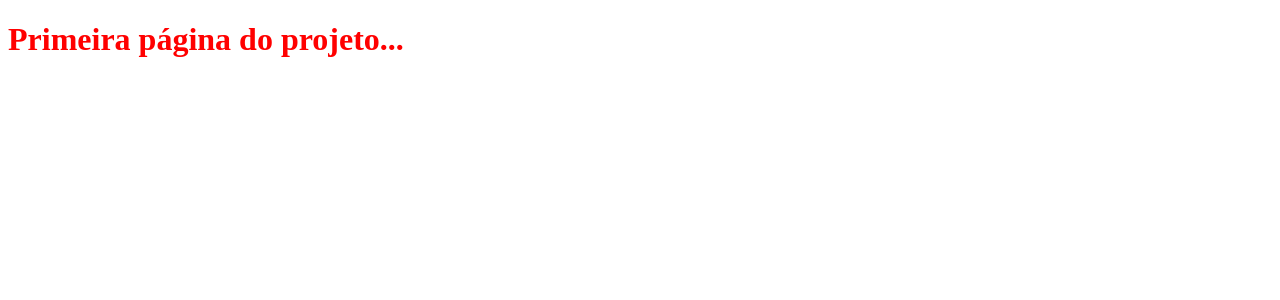
Repository: rewthnunes/projetoAgenda
Page: fj21-agenda/WebContent/index.html
The author's editor kept a copy of each file at every save. The page is drawn from the files as they stood at one save, then again after the next save.
The browser window is 1280 px wide. The pictures show the whole page.

Above is the page before, as saved 2018-02-14 11:52:41.

### fj21-agenda/WebContent/index.html
<!DOCTYPE html>
<html>
<head>
<style type="text/css">
	 h1 { color: red; }
     h2 { color: #0f0; }
     p  { color: rgb(0,0,255); }
</style>

<meta charset="ISO-8859-1">
<title>Projeto Agenda</title>
</head>
<body>
	<div>
		<p><h1>Primeira página do projeto...</h1></p>
	</div>
</body>
</html>

After the next save:
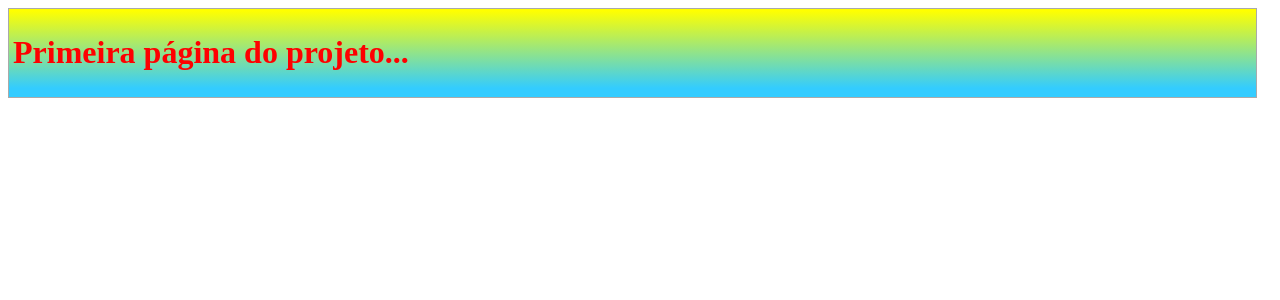
Saved 90 s later.
--- a/fj21-agenda/WebContent/index.html
+++ b/fj21-agenda/WebContent/index.html
@@ -11,7 +11,7 @@
 <title>Projeto Agenda</title>
 </head>
 <body>
-	<div>
+	<div style="width:98%;height:auto; border:1px solid #aaa;padding:4px;background:#fd0;background:-webkit-gradient(linear,left top,left bottom,color-stop(0.90,#3cf),color-stop(0.02,#ff0));color:#000;">
 		<p><h1>Primeira página do projeto...</h1></p>
 	</div>
 </body>
